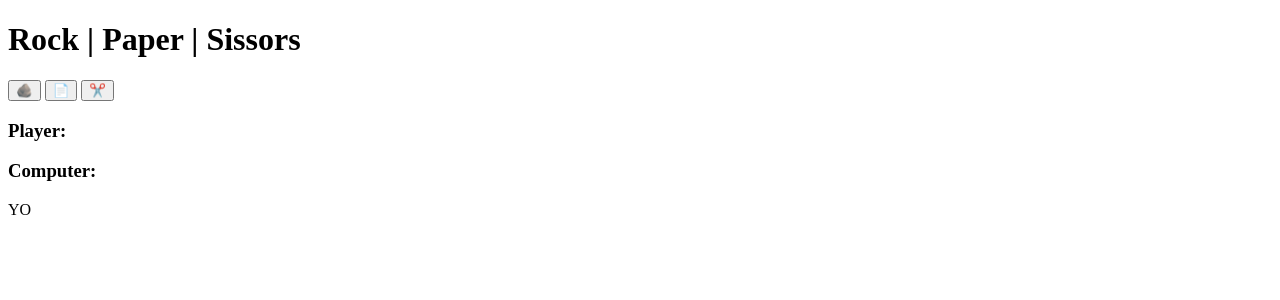
Repository: SakthivelDurai47/Rock-Paper-Sissors
Page: index.html
The author's editor kept a copy of each file at every save. The page is drawn from the files as they stood at one save, then again after the next save.
The browser window is 1280 px wide. The pictures show the whole page.

Above is the page before, as saved 2025-04-14 21:59:02.

After the next save:
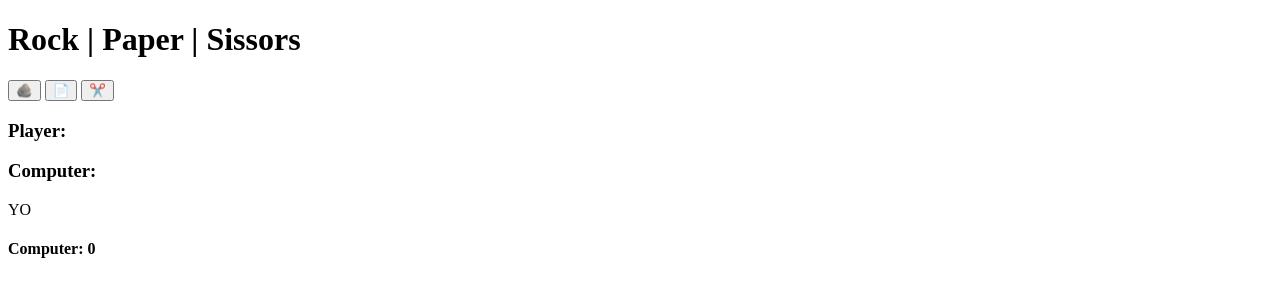
Saved 62 s later.
--- a/index.html
+++ b/index.html
@@ -18,5 +18,8 @@
       <h3>Computer:</h3>
     </div>
     <p id="result">YO</p>
+    <div id="scores">
+      <h4>Computer: <span id="scoreColor">0</span></h4>
+    </div>
   </body>
 </html>
